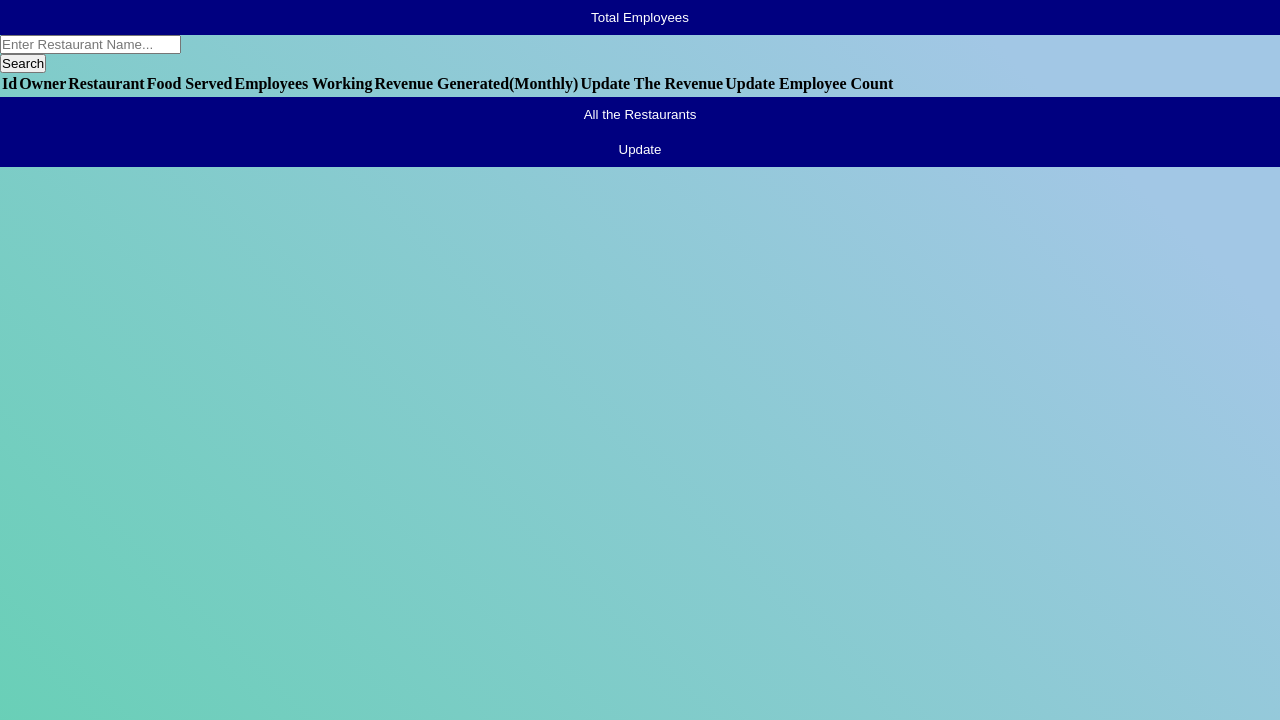
Repository: Kartik-DEV31/CTS-Training-NOVDEC-2020-Project
Page: http://localhost/RestaurantChainManagmentApplication/WEB-INF/jspPages/ownerDashboard.jsp
An editor plug-in stored every save of this project. The page is shown before and after the next save, followed by the edit.
The browser window is 1280 px wide. The pictures show the whole page.
The page is served by Tomcat 9. Nobody is signed in. The template is opened directly, without the code that normally fills it, so the values that code supplies are empty.

Above is the page before, as saved 2020-12-18 09:51:28.

After the next save:
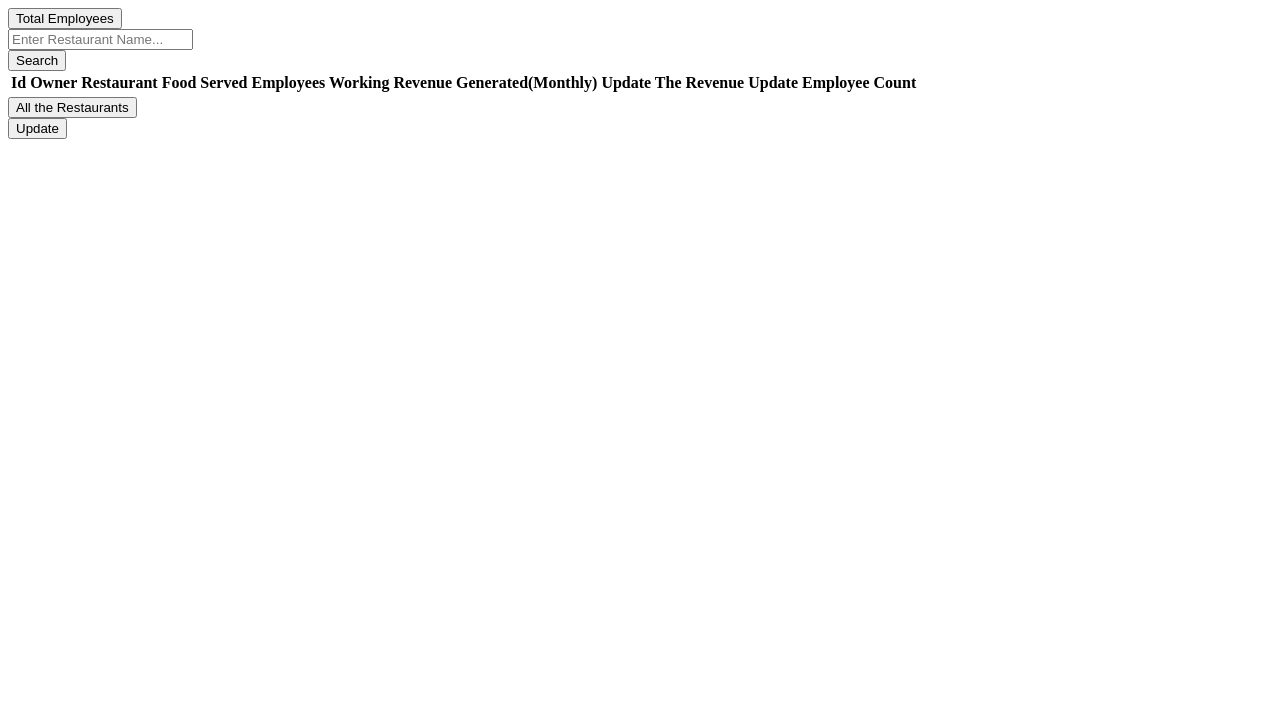
Saved 15 s later.
--- a/CTS-NOV2020-TrainingProject/RestaurantChainManagmentApplication/src/main/webapp/WEB-INF/jspPages/ownerDashboard.jsp
+++ b/CTS-NOV2020-TrainingProject/RestaurantChainManagmentApplication/src/main/webapp/WEB-INF/jspPages/ownerDashboard.jsp
@@ -3,8 +3,8 @@
 
 <%@ taglib uri="http://java.sun.com/jsp/jstl/core" prefix="c"%>
 
-<link href="<c:url value="/css/restaurantRegistration.css" />"
-	rel="stylesheet">
+<!-- <link href="<c:url value="/css/restaurantRegistration.css" />"
+	rel="stylesheet"> -->
 
 <!DOCTYPE html>
 <html>
